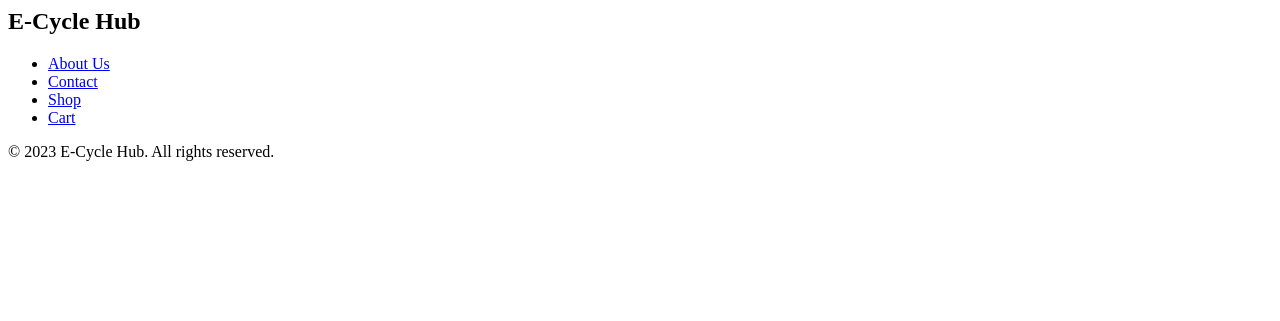
Repository: Rutuja-g/E-Cycle-Hub
Page: public/components/footer.html
An editor plug-in stored every save of this project. The page is shown before and after the next save, followed by the edit.
The browser window is 1280 px wide. The pictures show the whole page.

Above is the page before, as saved 2025-10-24 15:59:45.

After the next save:
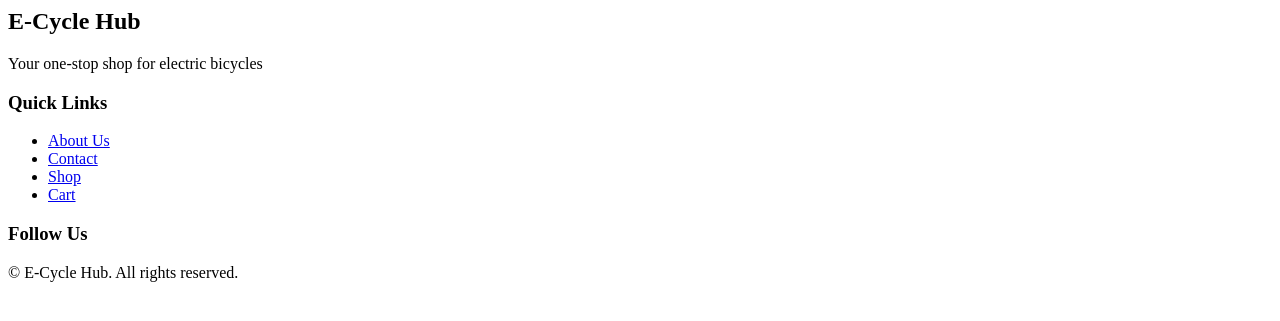
Saved 8 s later.
--- a/public/components/footer.html
+++ b/public/components/footer.html
@@ -1,10 +1,12 @@
-<div class="footer">
+<footer class="footer">
   <div class="container">
     <div class="footer-content">
       <div class="footer-logo">
         <h2>E-Cycle Hub</h2>
+        <p>Your one-stop shop for electric bicycles</p>
       </div>
       <div class="footer-links">
+        <h3>Quick Links</h3>
         <ul>
           <li><a href="about.html">About Us</a></li>
           <li><a href="contact.html">Contact</a></li>
@@ -13,13 +15,21 @@
         </ul>
       </div>
       <div class="footer-social">
-        <a href="#" aria-label="Facebook"><i class="fab fa-facebook-f"></i></a>
-        <a href="#" aria-label="Twitter"><i class="fab fa-twitter"></i></a>
-        <a href="#" aria-label="Instagram"><i class="fab fa-instagram"></i></a>
+        <h3>Follow Us</h3>
+        <div class="social-icons">
+          <a href="#" aria-label="Facebook"
+            ><i class="fab fa-facebook-f"></i
+          ></a>
+          <a href="#" aria-label="Twitter"><i class="fab fa-twitter"></i></a>
+          <a href="#" aria-label="Instagram"
+            ><i class="fab fa-instagram"></i
+          ></a>
+          <a href="#" aria-label="YouTube"><i class="fab fa-youtube"></i></a>
+        </div>
       </div>
     </div>
     <div class="footer-bottom">
-      <p>&copy; 2023 E-Cycle Hub. All rights reserved.</p>
+      <p>&copy; <span id="year"></span> E-Cycle Hub. All rights reserved.</p>
     </div>
   </div>
-</div>
+</footer>
